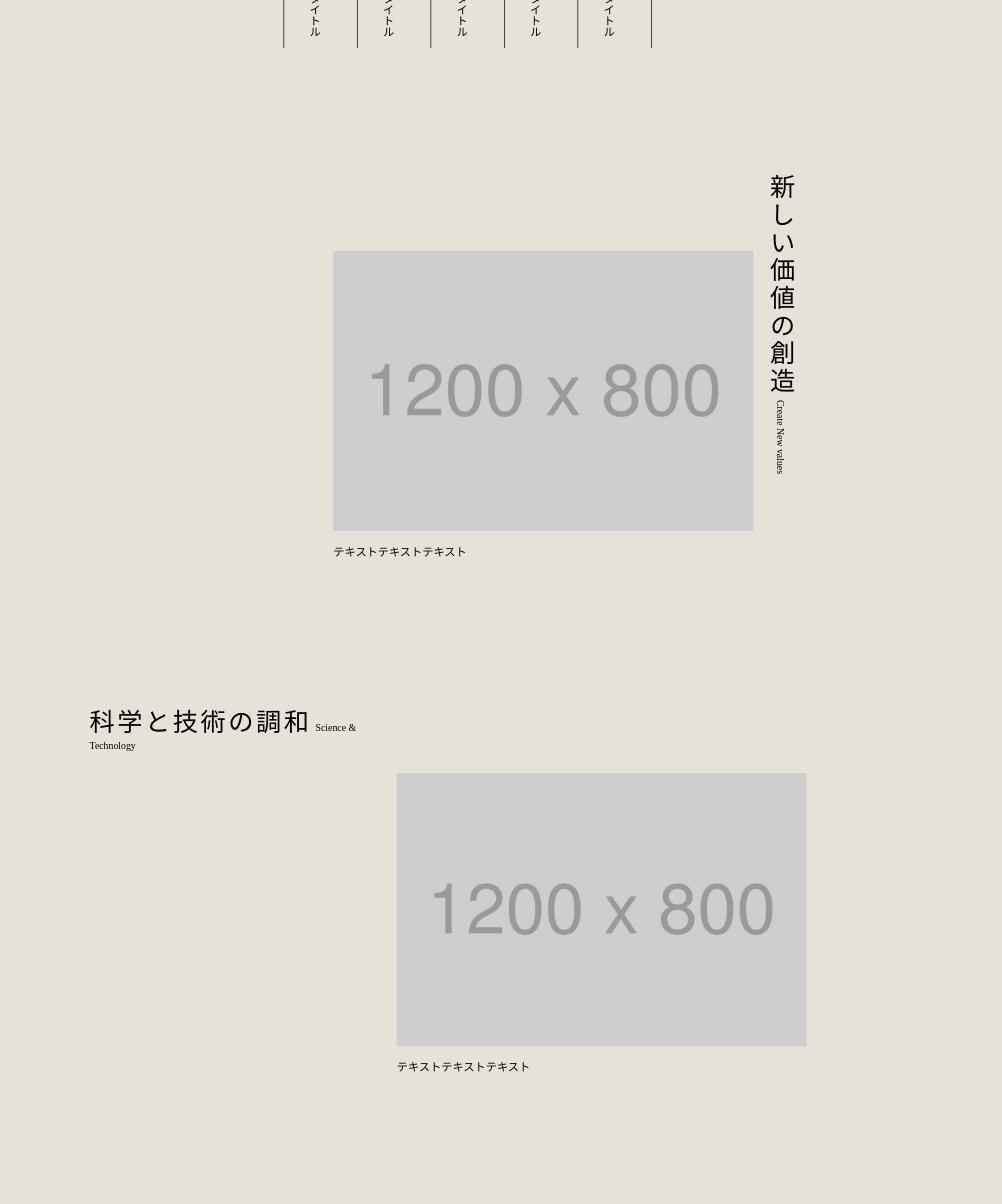
Repository: Fuki-san/wagashi
Page: http://localhost/wagashi
The author's editor kept a copy of each file at every save. The page is drawn from the files as they stood at one save, then again after the next save.
The browser window is 1280 px wide. The page is 1432 px wide, so the pictures cover 1432 px, including what lies to the right of the window. The pictures show the part of the page from y = 1301 to 3021 px (the page is 3876 px tall before and 3886 px after), at 70% of full size.
The page is served by the project's Laravel application, run on PHP 8.4 with Laravel 10.

Above is the page before, as saved 2023-12-09 16:40:47.

After the next save:
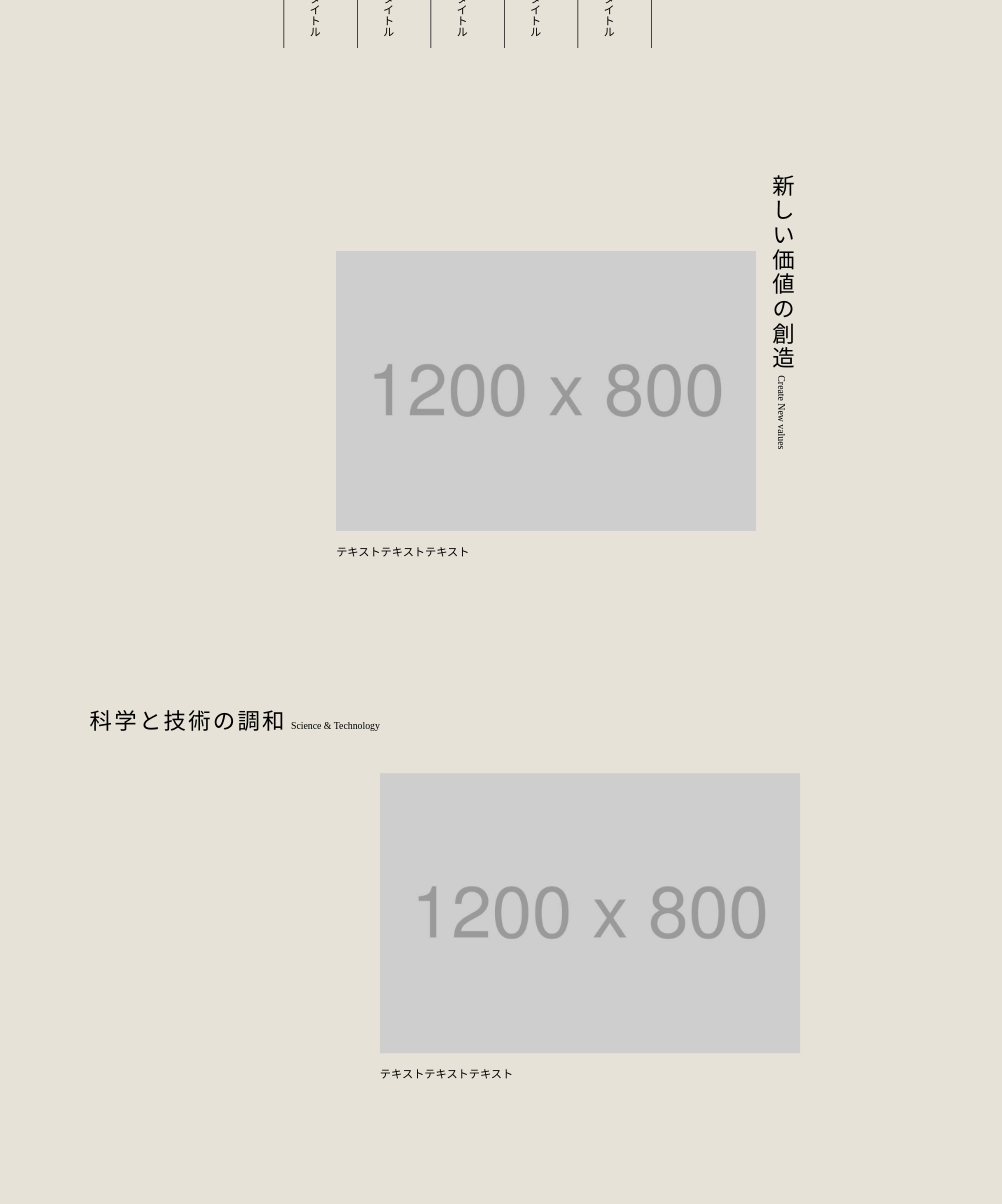
Saved 55 s later.
--- a/public/css/style.css
+++ b/public/css/style.css
@@ -132,7 +132,7 @@ li{
     font-weight: normal;
 }
 .products .ja{
-    font-size: 2.25rem;
+    font-size: 2rem;
     letter-spacing: 0.1em;
 }
 .products .en{
